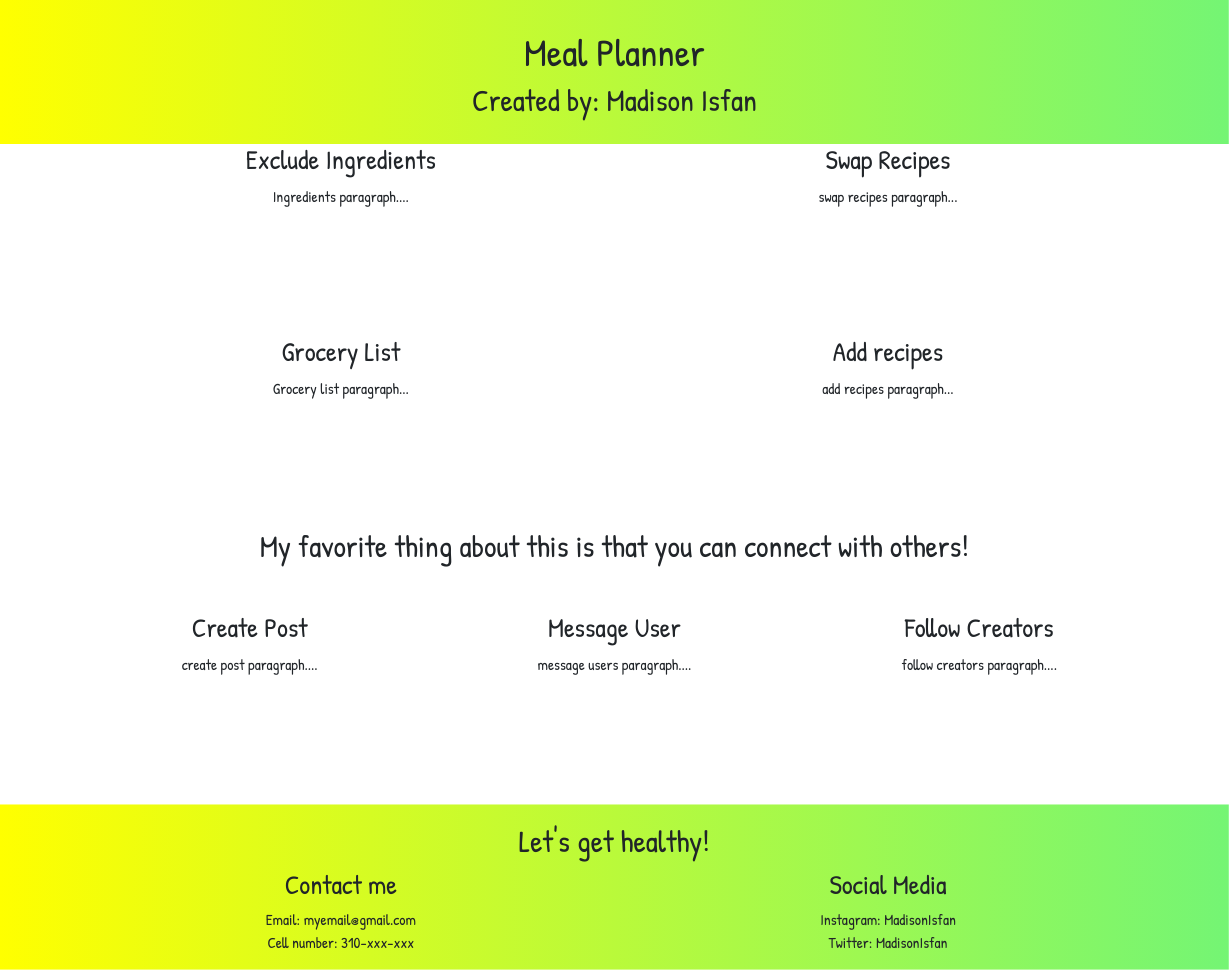
Repository: madisonisfan/Meal-Planner
Page: index.html
An editor plug-in stored every save of this project. The page is shown before and after the next save, followed by the edit.
The browser window is 1280 px wide. The pictures show the whole page, at 96% of full size.
Some web libraries are served in a nearby version.

Above is the page before, as saved 2021-02-17 17:33:53.

After the next save:
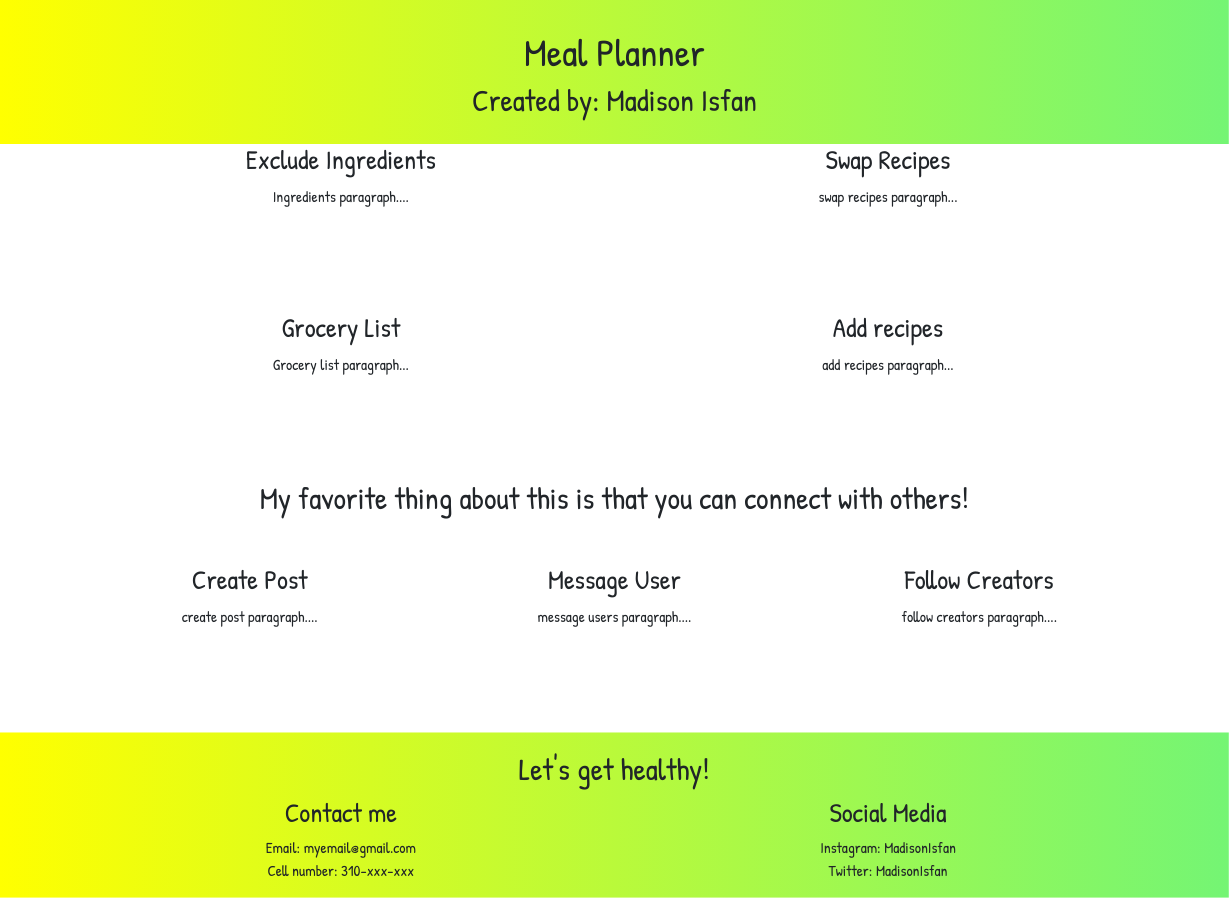
Saved 20 s later.
--- a/css/styles.css
+++ b/css/styles.css
@@ -12,7 +12,7 @@ footer {
 }
 
 .row-content {
-  min-height: 200px;
+  min-height: 175px;
 }
 
 .jumbotron {
